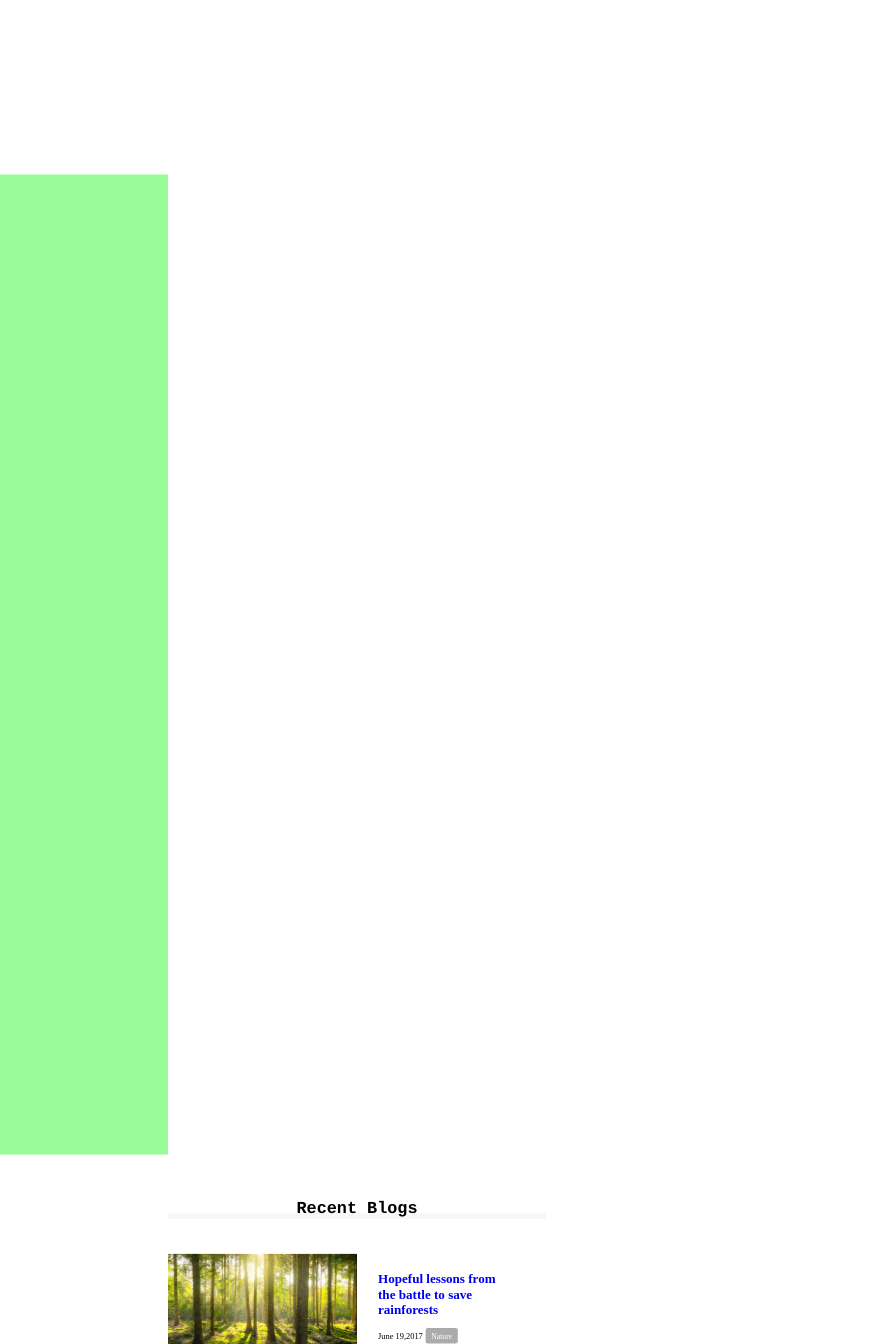
Repository: wakasugisatoi/git
Page: caravan/index2.html
The author's editor kept a record of every edit. The page is drawn from the files as they stood at one moment, then again after the next edit.
The browser window is 1280 px wide. The pictures show the part of the page from y = 1555 to 3475 px (the page is 6265 px tall), at 70% of full size.
Some web libraries are served in a nearby version.

Above is the page before.

### caravan/index2.html
<!DOCTYPE html>
<html lang="ja">
  <head>
    <meta charset="UTF-8" />
    <meta name="viewport" content="width=device-width,initial-scale=1.0">
    <!--フォントオーサムの読み込み-->
    <script src="https://kit.fontawesome.com/1a3f0d96a2.js" crossorigin="anonymous"></script>
    <!--cssファイルの読み込み-->
    <link rel="stylesheet" href="style2.css" />
    <title>CARAVAN</title>
  </head>

  <body>
    <!--ヘッダー用のdiv-->
    <!--<div class="header">-->
    <!--  <div class="header-top"></div>-->
    <!--  <div class="header-bottom"></div>-->
    <!--</div>-->
    <header>
      <h1 class="heading">
        <a href="index2.html"> CARAVAN</a>
      </h1>

      <div class="social">
        <i class="fab fa-facebook-square"></i>
        <i class="fab fa-twitter-square"></i>
        <i class="fab fa-instagram"></i>
      </div>
    </header>

    <!--navigation-->
    <nav>
      <!--箇条書きリスト-->
      <ul class="nav-list">
      <li class="nav-list-item">
        <a href="index2.thml">Home</a>
      </li>
      <li class="nav-list-item">About</li>
      <li class="nav-list-item">TOpic</li>
      </ul>
    </nav>

    <!--main-visual用のdiv-->
    <div class="main-visual">
      <!--main-visual内の枠づくり-->
      <div class="main-visual-content">
        <p class="main-visual-text">
          The world is a book<br/>
          and those who do not travel<br/>
          red only one page
        </p>
        <p class="main-visual-name">
          St. Augustine
        </p>
      </div>
    </div>

    <!--main用のdiv-->
    <div class="main">
      <div class="blog"></div>
      <div class="sidebar"></div>
    </div>
    <main>
      <section class="blog">
        <h2 class="blog-heading">Recent Blogs</h2>

        <div class="blog-box">

          <div class="blog-item">
           <img class="blog-image" src="img/img/forest.jpg">
           <section class="blog-text">
            <h3 class="blog-text-heading">
              <a href="single.html">
                Hopeful lessons from<br>
                the battle to save<br>
                rainforests
              </a>
             </h3>
            <p class="blog-date">June 19,2017</p>
            <span class="category">Nature</span>
           </section>
          </div>

          <div class="blog-item">
           <img class="blog-image" src="img/img/desert.jpg">
           <section class="blog-text">
            <h3 class="blog-text-heading">
              <a href="single.html">
                How to fight<br>
                desertification and<br>
                reverse climate chang
              </a>
            </h3>
            <p class="blog-date">June 17,2017</p>
            <span class="category">Nature</span>
           </section>
          </div>

          <div class="blog-item">
           <img class="blog-image" src="img/img/sunset.jpg">
           <section class="blog-text">
            <h3 class="blog-text-heading">
              <a href="single.html">
                Why I'm rowing<br>
                across the Pacific
              </a>
            </h3>
            <p class="blog-date">June 16,2017</p>
            <span class="category">Adventure</span>
          </section>
          </div>

          <div class="blog-item">
           <img class="blog-image" src="img/img/italy.jpg">
           <section class="blog-text">
            <h3 class="blog-text-heading">
              <a href="single.html">
                Unseen footage,<br>
                untamed nature<br>
              </a>
            </h3>
            <p class="blog-date">June 15,2017</p>
            <span class="category">Nature</span>
           </section>
          </div>


          <div class="blog-item">
           <img class="blog-image" src="img/img/asia.jpg">
           <section class="blog-text">
            <h3 class="blog-text-heading">
              <a href="single.html">
                The case for<br>
                engineering our food<br>
              </a>
             </h3>
            <p class="blog-date">June 14,2017</p>
            <span class="category">Culture</span>
           </section>
          </div>

        </div>


      <div class="pagination">
        <p><<<</p>
        <p><</p>
        <p>1</p>
        <p>2</p>
        <p>3</p>
        <p>></p>
        <p>>></p>
      </div>
     </section>

      <div class="sidebar">
       <section class="popular">
         <h2 class="popular-heading common heading">Popular</h2>
         <div class="sidebar-contents">
           <p class="popular-text">To solve old problems,<br>study new species</p>
           <p class="popular-text">Why Earth may someday<br>look like Mars</p>
           <p class="popular-text">What will humans look<br>like in 100 years?</p>
           <p class="popular-text">How to grow a forest<br>in your backyard</p>
           <p class="popular-text">How humans could evolve<br>to survive in space</p>
         </div>
       </section>

       <section class="instagram">
         <h2 class="instagram-heading common-heading">Instagram</h2>
         <div class="sidebar-contents">
           <div class="instagram-box"></div>
           <div class="instagram-box"></div>
           <div class="instagram-box"></div>
           <div class="instagram-box"></div>
           <div class="instagram-box"></div>
           <div class="instagram-box"></div>
         </div>
       </section>

       <section class="categories">
         <h2 class="categories-heading common-heading">Categories</h2>
         <div class="sidebar-contents">
           <p class="categories-text">Technology(15)</p>
           <p class="categories-text">Business(23)</p>
           <p class="categories-text">Entertainment(12)</p>
           <p class="categories-text">Nature(32)</p>
           <p class="categories-text">Education(9)</p>
           <p class="categories-text">Adoventuere(23)</p>
           <p class="categories-text">Communication(14)</p>
         </div>
       </section>
     </div>
    </main>

    <!--footer用のdiv-->
    <!--<div class="footer"></div>-->
    <footer>
      <p class="footer-text">©All rights reserved by Infratop.Inc.</p>

    </footer>

  </body>
</html>

### caravan/style2.css
*{
  margin: 0;
  padding: 0;
  box-sizing:border-box;
}

a{
  text-decoration: none;
}

header,nav,h2,.main-visual,footer{
  font-family: Chalkduster,"Bradley Hand",Courier,"Segoe Print",sans-serif;
}

header{
  width: 90%;
  padding: 15px 0;
  margin: 0 auto;
  text-align: center;
  position: relative;
  /*background-color: red;*/
}

.social i{
  margin-left:20px;
  display: inline-block;
}

.social{
  position: absolute;
  top: 22px;
  right: 22px;
}
header .heading{
  font-size:32px;
}

.nav-list{
  text-align: center;
  padding:10px 0;
  margin:0 auto;
}

.nav-list-item{
  list-style:none;
  display: inline-block;
  margin: 0 20px;
}

.header-top{
  width: 100%;
  height: 70px;
  /*background-color: hotpink;*/
}

.header-bottom{
  width: 100%;
  height: 50px;
  /*background-color: pink;*/
}

.main-visual{
  width: 100%;
  height: 300px;
  background-image: url(img/img/mv.jpg);
  background-size: cover;
  background-position: center;
  /*background-color: orange;*/
}

.main-visual-content{
  width: 40%;
  height: 300px;
  background-color: rgba(0,0,0,0.5);
  text-align: center;
  /*padding-top: 105px;*/
  /*background-color: gold;*/
}

.main-visual-text{
  color:#fff;
}

.main-visual-name{
  margin-top:30px;
  color:#fff;
}

main{
  width: 800px;
  /*flex挿入のため削除*/
  /*height: 1400px;*/
  /*background-color: green;*/
  display: block;
  justify-content:center;
  margin: 0 auto;
  padding: 70px 0;
}

.blog{
  width: 540px;
  height: 1400px;
  /*background-color: limegreen;*/
  margin-right: 30px;
}

.blog-heading{
  border-bottom: 8px solid #f7f7f7;
  text-align: center;
  line-height: 0.6;
}

.blog-box{
  padding-top: 50px;
}

.blog-item{
  padding-bottom: 20px;
  margin-bottom: 20px;
  border-bottom: 1px solid #f7f7f7;
  display: flex;
  /*justify-content:flax-start;*/
}

.blog-image{
  height:180px;
}

.blog-text{
  padding: 25px 0 0 30px;
}

.blog-text-heading{
  padding-bottom: 15px;
}

.blog-date{
  font-size:12px;
  display:inline-block;
}
.category{
  display: inline-block;
  padding: 5px 8px;
  background-color: #acabab;
  border-radius: 3px;
  color: #fff;
  font-size: 11px;
}

.pagination{
  text-align: center;
  padding-top: 50px;
}

.pagination p{
  display: inline-block;
  width: 30px;
  height: 30px;
  margin:0 5px;
  color:#fff;
  background-color: #acabab;
  border-radius: 3px;
  line-height:30px;
}

.sidebar{
  width: 240px;
  height: 1400px;
  background-color: palegreen;
}

.common-heading{
  border-bottom: 8px solid #f7f7f7;
  text-align: center;
  line-height:0.6;
}

.sidebar-contents{
  padding: 50px 0;
}

.popular-text,
.categories-text{
  padding-bottom: 5px;
  border-bottom: 1px solid #f7f7f7;
  margin-bottom: 5px;
}
.popular-text:last-child,
.categories-text:last-child{
  margin: 0;
  padding: 0;
  border:none;
}

.instagram .sidebar-contents{
  display: flex;
  flex-wrap: wrap;
}

.instagram-box{
  width: 110px;
  padding-top: 110px;
  background-size: cover;
  background-position: center;
  margin-bottom: 10px;
}
.instagram-box:nth-child(odd){
  margin:0 10px 10px 0;
}

.instagram-box:nth-child(1){
  background-image: url(img/img/airport.jpg);
}

.instagram-box:nth-child(2){
  background-image: url(img/img/japan.jpg);
}

.instagram-box:nth-child(3){
  background-image: url(img/img/snow.jpg);
}

.instagram-box:nth-child(4){
  background-image: url(img/img/japan2.jpg);
}

.instagram-box:nth-child(5){
  background-image: url(img/img/lake.jpg);
}

.instagram-box:nth-child(6){
  background-image: url(img/img/road.jpg);
}

footer{
  width: 100%;
  height: 120px;
  text-align: center;
  line-height: 120px;
  background-color: #848282;
}

.footer-text{
  color: #fff;
}

/*すべての画面サイズで適用される*/
.social i{
  color:black;
}
 /*タブレット横置きサイズ*/
 /*@media screen and (max-width:1024px){*/
 /*  .social i{*/
 /*    color: green;*/
 /*  }*/
 /*}*/

 /*タブレット縦置きサイズ*/
 /*@media screen and (max-width:768px){*/
 /*  .social i{*/
 /*    color: red;*/
 /*  }*/
 /*}*/

 /*スマホサイズ*/
@media screen and (max-width:425px){
  header{
    width: 100%;
  }

  .social{
    display: none;
  }

  .nav-list{
    width: 100%;
  }

  .nav-list-item{
    width: 100%;
    margin:0 0 10px 0;
  }



  .main-visual-content{
    width: 100%;
  }

  .main{
    width: 100%;
    display: black;
  }

  .blog{
    width: 100%;
    margin: 0;
  }

  .blog-box{
    padding-left: 2%;
    padding-right: 2%;
  }

  .blog-image{
    width: 49%;
  }

  .blog-text {
    width: 49%;
    padding-top: 5px;
  }

  .sidebar{
    width: 100%;
  }

  .sidebar-contents{
    padding-left: 3%;
    padding-right: 3%;
  }
  .instagram-box{
    width: 48%;
    padding-top: 48%;
  }

  .instagram-box:nth-child(odd){
    margin-right: 4%;
  }


  .pagination{
    width: 50%;
  }
}

After the next edit:
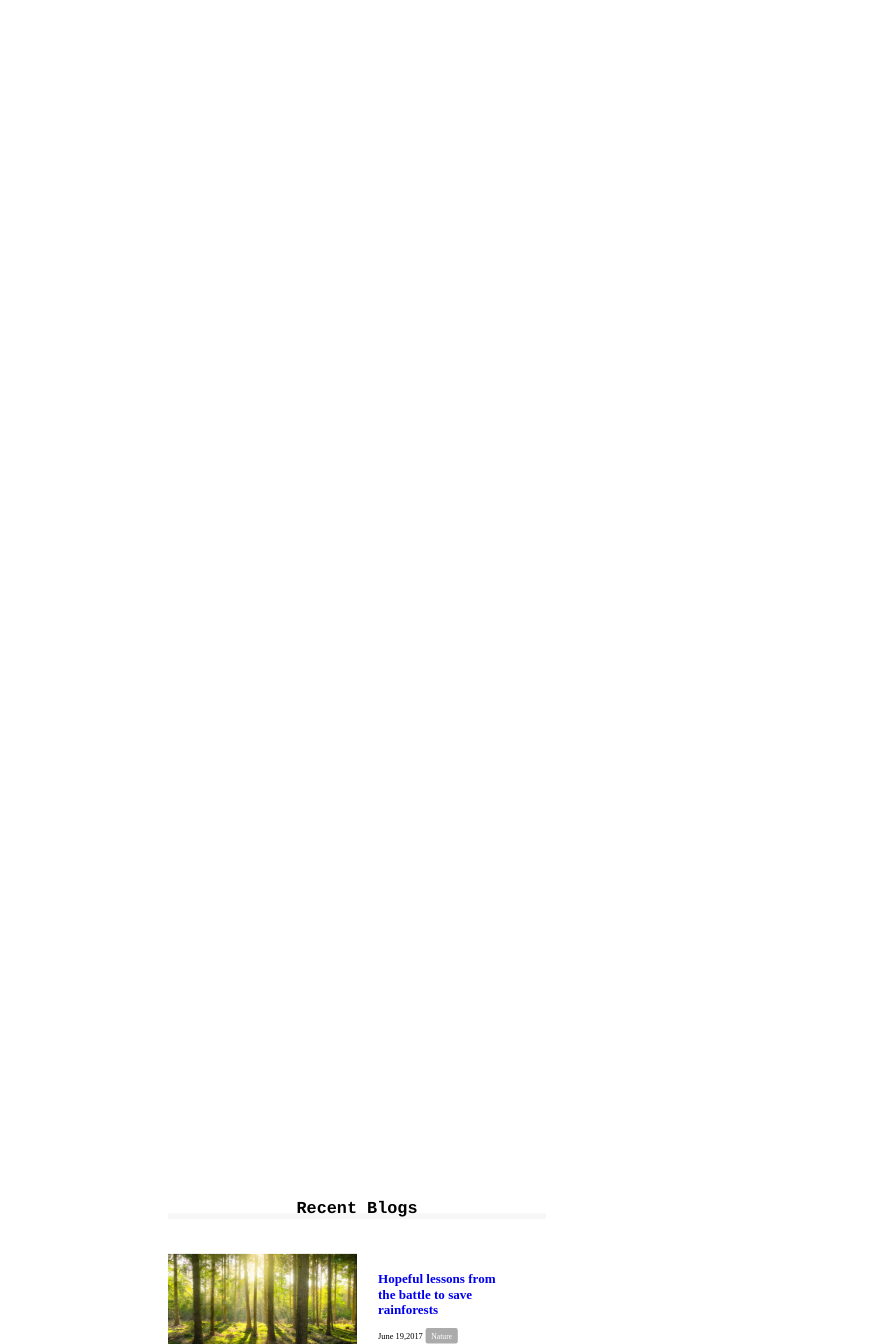
The edit:
--- a/caravan/style2.css
+++ b/caravan/style2.css
@@ -166,7 +166,7 @@
 .sidebar{
   width: 240px;
   height: 1400px;
-  background-color: palegreen;
+  /*background-color: palegreen;*/
 }
 
 .common-heading{
